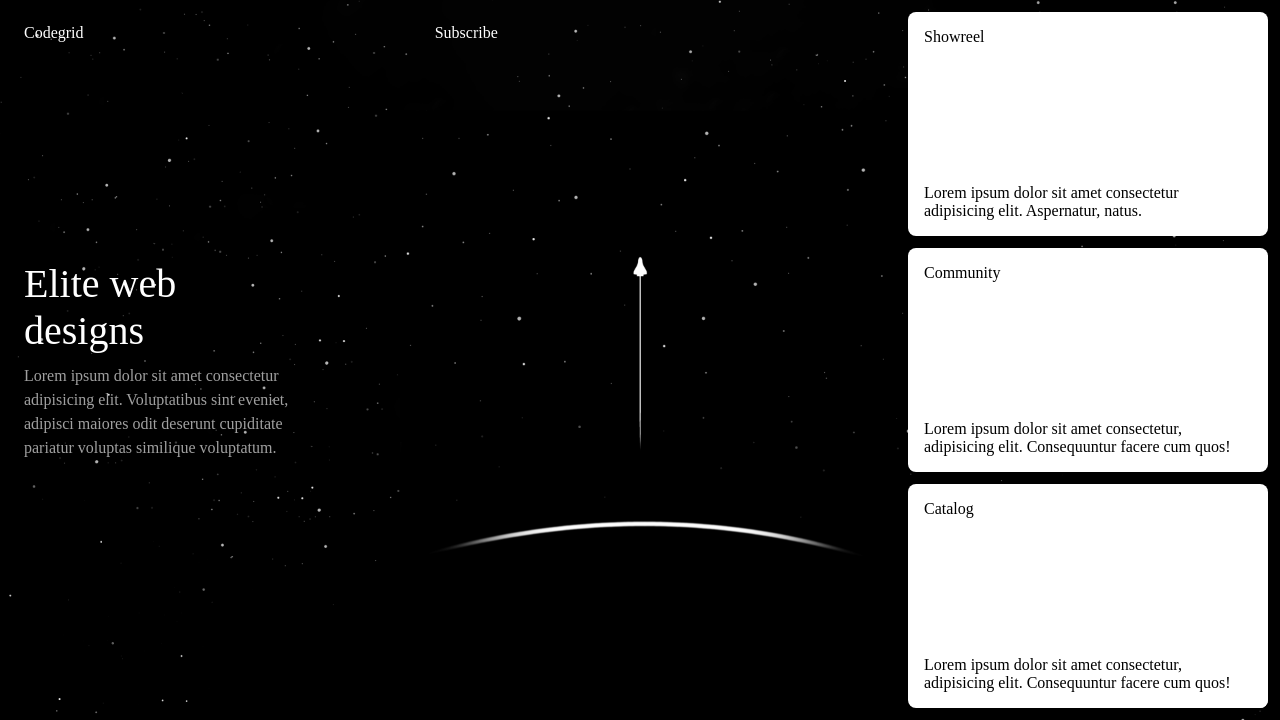
Repository: burhanjawed/Responsive-Slide-Out-Menu
Page: index.html
An editor plug-in stored every save of this project. The page is shown before and after the next save, followed by the edit.
The browser window is 1280 px wide. The pictures show the whole page.
Some icons come from a web library that is not loaded, so they are not drawn. Some web libraries are served in a nearby version.

Above is the page before, as saved 2023-11-26 22:07:15.

### index.html
<!DOCTYPE html>
<html lang="en">
  <head>
    <meta charset="UTF-8" />
    <meta name="viewport" content="width=device-width, initial-scale=1.0" />
    <title>Slide Out Menu</title>
    <script src="https://unpkg.com/@phosphor-icons/web"></script>
    <link rel="stylesheet" href="styles.css" />
  </head>
  <body>
    <div class="container">
      <div class="website-content">
        <nav>
          <div class="logo">Codegrid</div>
          <div class="logo">Subscribe</div>
          <div class="links">
            <a href="#">About</a>
            <a href="#">Infos</a>
            <a href="#">Contact</a>
          </div>
        </nav>

        <div class="hero">
          <h1>Elite web designs</h1>
          <p>
            Lorem ipsum dolor sit amet consectetur adipisicing elit.
            Voluptatibus sint eveniet, adipisci maiores odit deserunt cupiditate
            pariatur voluptas similique voluptatum.
          </p>
        </div>
      </div>

      <div class="overlay-toggle">
        <p>Get the Overlay</p>
        <p><i class="ph ph-arrow-right"></i></p>
      </div>
    </div>

    <div class="sidebar">
      <div class="card">
        <div class="card-title">
          <div>Showreel</div>
          <div class="close-btn"><i class="ph-thin ph-x"></i></div>
        </div>
        <div class="card-copy">
          <p>
            Lorem ipsum dolor sit amet consectetur adipisicing elit. Aspernatur,
            natus.
          </p>
        </div>
      </div>
      <div class="card">
        <div class="card-title">Community</div>
        <div class="card-copy">
          <p>
            Lorem ipsum dolor sit amet consectetur, adipisicing elit.
            Consequuntur facere cum quos!
          </p>
        </div>
      </div>
      <div class="card">
        <div class="card-title">Catalog</div>
        <div class="card-copy">
          <p>
            Lorem ipsum dolor sit amet consectetur, adipisicing elit.
            Consequuntur facere cum quos!
          </p>
        </div>
      </div>
    </div>
    <script src="https://cdnjs.cloudflare.com/ajax/libs/gsap/3.12.2/gsap.min.js"></script>
    <script></script>
  </body>
</html>

### styles.css
* {
  margin: 0;
  padding: 0;
  box-sizing: border-box;
}

html,
body {
  width: 100%;
  height: 100%;
  overflow-x: hidden;
  background: #000;
  color: #fff;
  font-family: 'Neue Montreal';
}

.container {
  position: relative;
  width: 100vw;
  height: 100vh;
  background: url(assets/bg.png) no-repeat 50% 50%;
  background-size: cover;
}

nav {
  position: fixed;
  width: 100%;
  display: flex;
  padding: 1.5em;
}

nav > div {
  flex: 1;
}

.cta {
  text-align: center;
}

.links {
  display: flex;
  justify-content: flex-end;
  gap: 2em;
}

a {
  text-decoration: none;
  color: #fff;
}

.hero {
  position: absolute;
  top: 50%;
  transform: translateY(-50%);
  padding: 0 1.5em;
  width: 25%;
}

.hero h1 {
  font-size: 40px;
  font-weight: 400;
  margin-bottom: 10px;
}

.hero p {
  color: #a0a0a0;
  line-height: 1.5;
}

i {
  position: relative;
}

.overlay-toggle {
  position: absolute;
  right: 0;
  bottom: 0;
  width: 250px;
  height: 150px;
  margin: 0.75em;
  padding: 1em;
  border-radius: 0.5em;
  background: #fff;
  color: #000;
  display: flex;
  justify-content: space-between;
  cursor: pointer;
}

::-webkit-scrollbar {
  display: none;
}

.sidebar {
  position: fixed;
  top: 0;
  right: 0;
  width: 30vw;
  height: 100vh;
  padding: 0.75em;
  display: flex;
  flex-direction: column;
  gap: 0.75em;
  overflow: hidden;
  pointer-events: none;
}

.card {
  position: relative;
  right: 0%;
  padding: 1em;
  flex: 1;
  background: #fff;
  color: #000;
  border-radius: 0.5em;
  overflow: hidden;
  display: flex;
  flex-direction: column;
  justify-content: space-between;
  cursor: pointer;
}

.card:nth-child(1) .card-title {
  display: flex;
  justify-content: space-between;
}

After the next save:
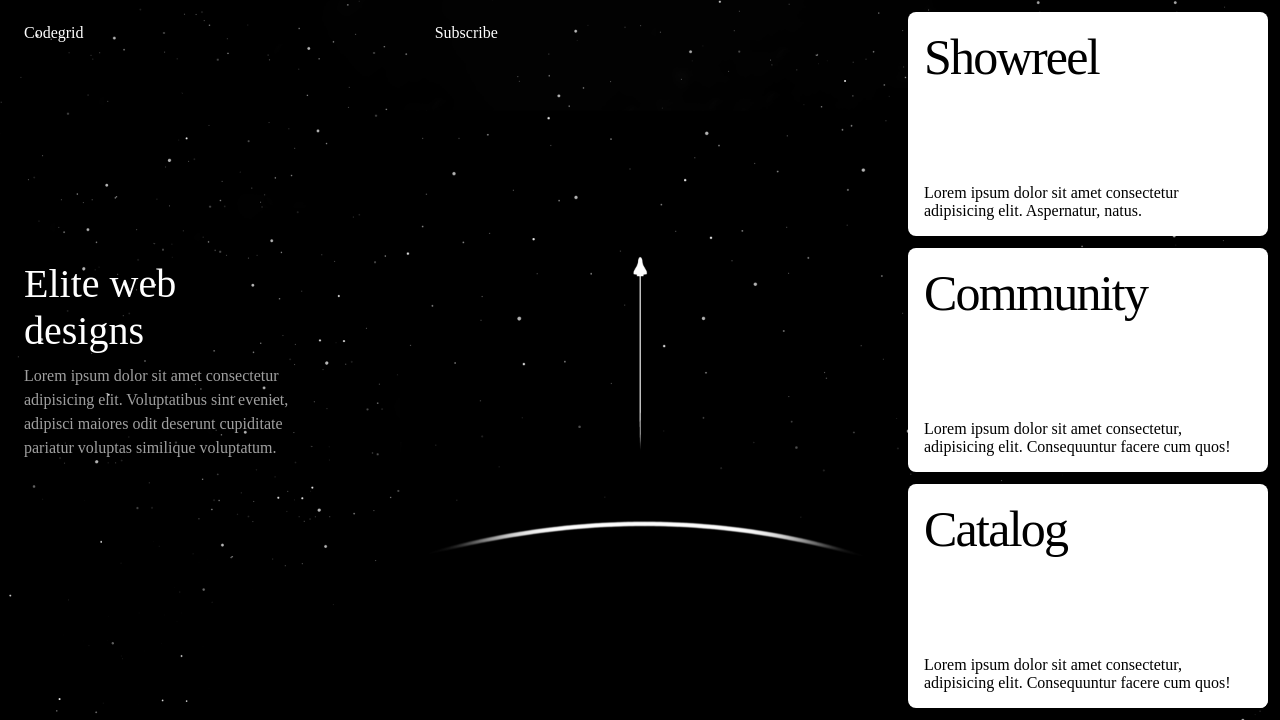
Saved 2 min 41 s later.
--- a/styles.css
+++ b/styles.css
@@ -124,3 +124,20 @@ i {
   display: flex;
   justify-content: space-between;
 }
+
+.close-btn {
+  position: relative;
+  font-size: 60px;
+  transform: scale(0);
+  transition: transform 0.3s;
+  transform-origin: center;
+}
+
+.card:nth-child(1) .close-btn {
+  transform: scale(1);
+}
+
+.card-title {
+  font-size: 50px;
+  letter-spacing: -0.035em;
+}
